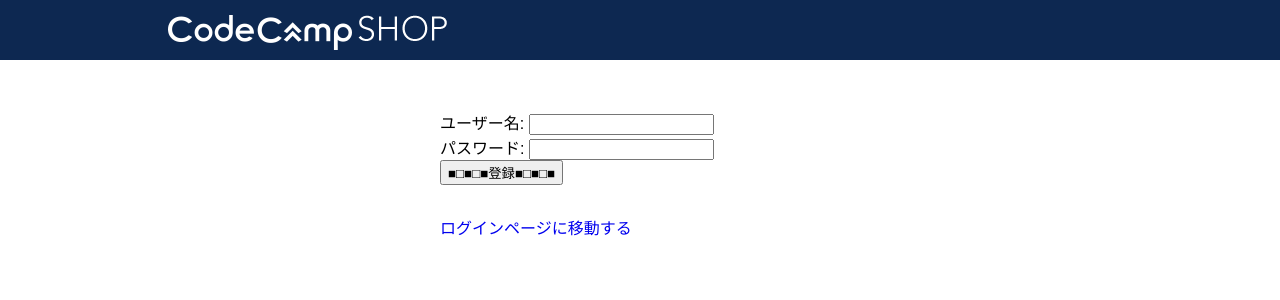
Repository: tppei/PHP
Page: http://localhost/ECinclude/ec_user_view.php
The author's editor kept a record of every edit. The page is drawn from the files as they stood at one moment, then again after the next edit.
The browser window is 1280 px wide. The pictures show the whole page.
The page is run by PHP 8.4 with error messages shown; the project is at /var/www/html/.

Above is the page before.
Not found: ECinclude/css/image/cart.png

### ECinclude/ec_user_view.php
<!DOCTYPE html>
<html lang="ja">
    <head>
        <meta charset="UTF-8">
        <title>ユーザー登録</title>
        <link type="text/css" rel="stylesheet" href="./css/common.css">
    </head>
    <body>
        <header>
            <div class="header-box">
              <a href="./top.php">
                <img class="logo" src="./image/logo.png" alt="CodeSHOP">
              </a>
              <a href="./cart.php" class="cart"></a>
            </div>
        </header>

        <div class = "content">
            <div class = 'register'>
                <form action='ec_userregister.php'method='post'>
                   <div><label for="user_name">ユーザー名:</label>
                   <input type="text" name="user_name" id='user_name'></div>
                   <div><label for='passwd'>パスワード:</label>
                   <input type='text' name='passwd' id ='passwd'></div>
                   <div><input type="submit" value="■□■□■登録■□■□■"></div>
                </form>
                <div class="login-link"><a href="./ec_login.php">ログインページに移動する</a></div>
            </div>


        </div>
    </body>
</html>

### htdocs/php25/css/common.css
/* reset -------------------------------------------- */

html, body, div, span, object, iframe,
h1, h2, h3, h4, h5, h6, p, blockquote, pre,
abbr, address, cite, code,
del, dfn, em, img, ins, kbd, q, samp,
small, strong, sub, sup, var,
b, i,
dl, dt, dd, ol, ul, li,
fieldset, form, label, legend,
table, caption, tbody, tfoot, thead, tr, th, td,
article, aside, canvas, details, figcaption, figure,
footer, header, hgroup, menu, nav, section, summary,
time, mark, audio, video {
  margin:0;
  padding:0;
  border:0;
  outline:0;
  font-size:100%;
  vertical-align:baseline;
  background:transparent;
}

ul {
  list-style:none;
}

a {
  text-decoration: none;
}

a:hover {
  text-decoration: underline;
}

/* common -------------------------------------------- */

body {
  font-family: sans-serif;
}

header {
  height: 60px;
  background-color: #0D2851;
}

.header-box {
  margin-left : auto ;
  margin-right : auto ;
  width: 960px;
}

.logo {
  float: left;
  display:block;
}

.cart {
  float: right;
  display:block;
  width:50px;
  height:50px;
  background:url("./image/cart.png")  no-repeat;
}

a:hover.cart {
  background: url("./image/cart_hover.png") no-repeat;
}

a:active.cart {
  background: url("./image/cart_on.png") no-repeat;
}

.nemu {
  float: right;
  display:block;
  margin: 15px 0 0 10px;
  font-weight: bold;
  font-size: 16px;
  color: #ffffff;
}

a:link.nemu {
  color: #ffffff;
}

a:visited.nemu  {
  color: #ffffff;
}


.content {
  margin-left : auto ;
  margin-right : auto ;
  width: 960px;
}

.success-msg {
  color: blue;
}

.err-msg {
  color: #FF0000;
}


/* top page -------------------------------------------- */

.item-list li {
  float:left;
  margin-top: 20px;
  margin-left: 20px;
  width:300px;
}

.item-list .item {
  text-align: center;
}

.item-list .item-img{
  width:300px;
}

.item-list .item-info{
  margin-top: 5px;
}

.item-list .item-name {
  float:left;
}

.item-list .item-price {
  display:block;
  float:right;
}

.item-list .cart-btn {
  display:block;
  clear:both;
  margin:0 auto;
  width:160px;
  height:40px;
  color: #ffffff;
  font-size: 100%;
  background-color: #00A7F7;
  border:none;
}

.item-list .sold-out{
  clear:both;
  height:40px;
  color: #FF0000;
  font-size: 1.2em;
}

/* cart, finish page -------------------------------------------- */

.title {
  margin-top: 20px;
  font-size: 1.4em;
}

.cart-list-title {
  clear:both;
  margin-top: 20px;
  margin-bottom: 10px;
  padding-bottom: 5px;
  border-bottom: 1px solid #ccc;
}

.cart-list-title .cart-list-price{
  margin-left: 700px;
}

.cart-list-title .cart-list-num {
  margin-left: 150px;
}

.cart-list .cart-item {
  clear:both;
  margin-top: 10px;
  margin-bottom: 10px;
  vertical-align: middle;
  border-bottom: 1px solid #ccc;
}

.cart-list .cart-item-img{
  width:120px;
}

.cart-list .cart-item-name{
  position: absolute;
  margin-left: 30px;
  width: 500px;
}

.cart-item-del{
  display: inline;
  position: absolute;
  margin-left: 470px;
}

.cart-list .cart-item-price {
  position: absolute;
  margin-left: 560px;
  color: #FF0000;
}

.cart-list .form_select_amount {
  float:right;
  margin-left: 50px;
}

.cart-list .cart-item-num {
  width:100px;
  height:30px;
  font-size: 1.2em;
}

.cart-list .cart-item-num2 {
    width: 50px;
}

.buy-sum-box{
  clear:both;
  margin-top: 10px;
}

.buy-sum-box .buy-sum-title{
  margin-left: 620px;
}

.buy-sum-box .buy-sum-price{
  margin-left: 30px;
  font-size: 2em;
  color: #FF0000;
}

.buy-btn {
  display:block;
  margin-top: 10px;
  width:100%;
  height:60px;
  color: #ffffff;
  background-color: #FF8A00;
  font-size: 1.4em;
  border:none;
}

/* finish page -------------------------------------------- */

.finish-msg{
  margin-top: 20px;
  height:60px;
  font-size: 1.4em;
  text-align: center;
  line-height:60px;
  background-color: #FFF2DC;
}

.finish-item-price {
  position: absolute;
  margin-left: 800px;
}

/* login page -------------------------------------------- */
.login {
  margin-top: 50px;
  margin-left : auto ;
  margin-right : auto ;
  width: 400px;
}

.account-create {
  margin-top: 30px;
}

/* register page -------------------------------------------- */
.register {
  margin-top: 50px;
  margin-left : auto ;
  margin-right : auto ;
  width: 400px;
}

.login-link {
  margin-top: 30px;
}

.logout{
  margin: 100px;
}

After the next edit:
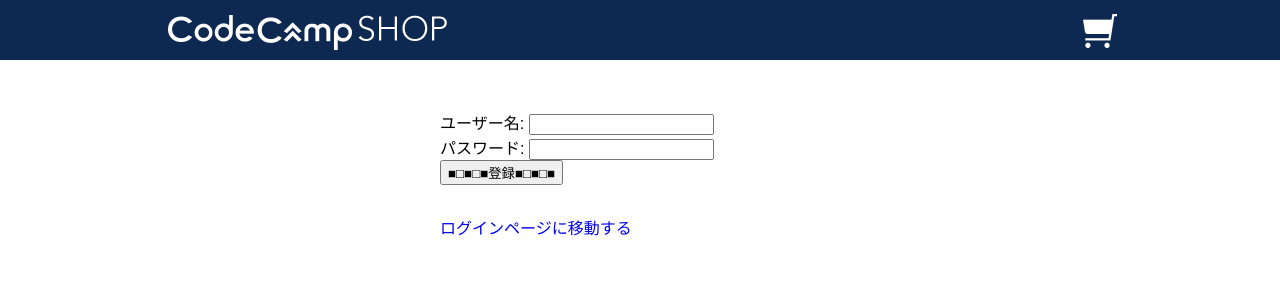
The edit:
--- a/htdocs/php25/css/common.css
+++ b/htdocs/php25/css/common.css
@@ -60,7 +60,7 @@
   display:block;
   width:50px;
   height:50px;
-  background:url("./image/cart.png")  no-repeat;
+  background:url("../image/cart.png")  no-repeat;
 }
 
 a:hover.cart {
